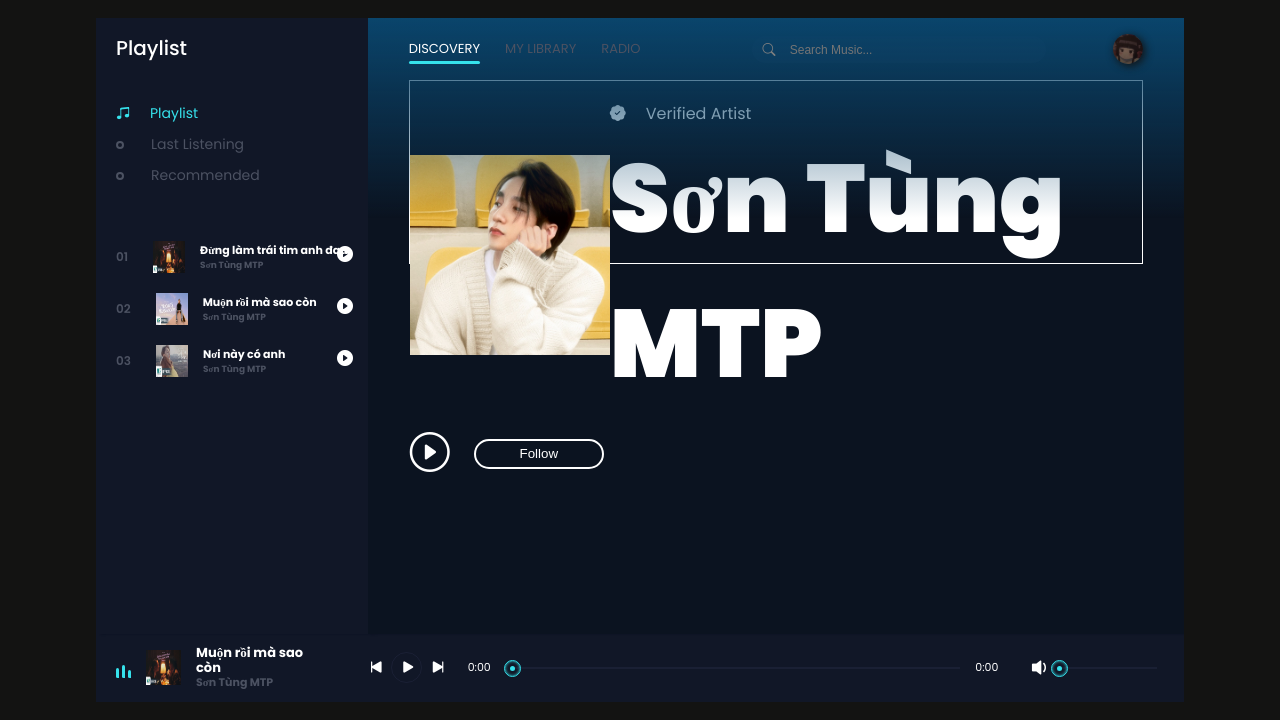
Repository: reminzuetto/Music-Website
Page: index.html
The author's editor kept a copy of each file at every save. The page is drawn from the files as they stood at one save, then again after the next save.
The browser window is 1280 px wide. The pictures show the whole page.

Above is the page before, as saved 2024-06-11 03:44:04.

After the next save:
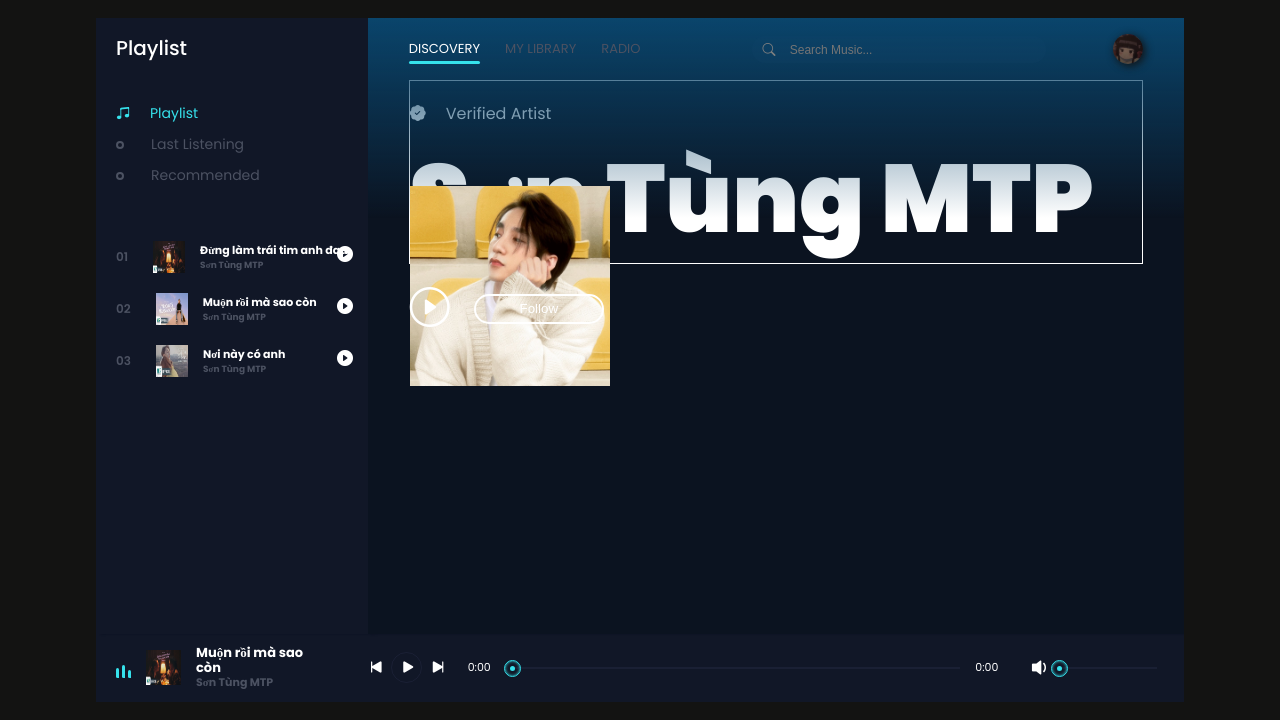
Saved 9 s later.
--- a/style.css
+++ b/style.css
@@ -489,8 +489,7 @@
 }
 
 header .song_side .content .artistInfos .artistPicture img {
-  margin: 0;
-  padding: 0;
+  position: absolute;
   width: 200px;
   height: 200px;
 }

After the save that followed:
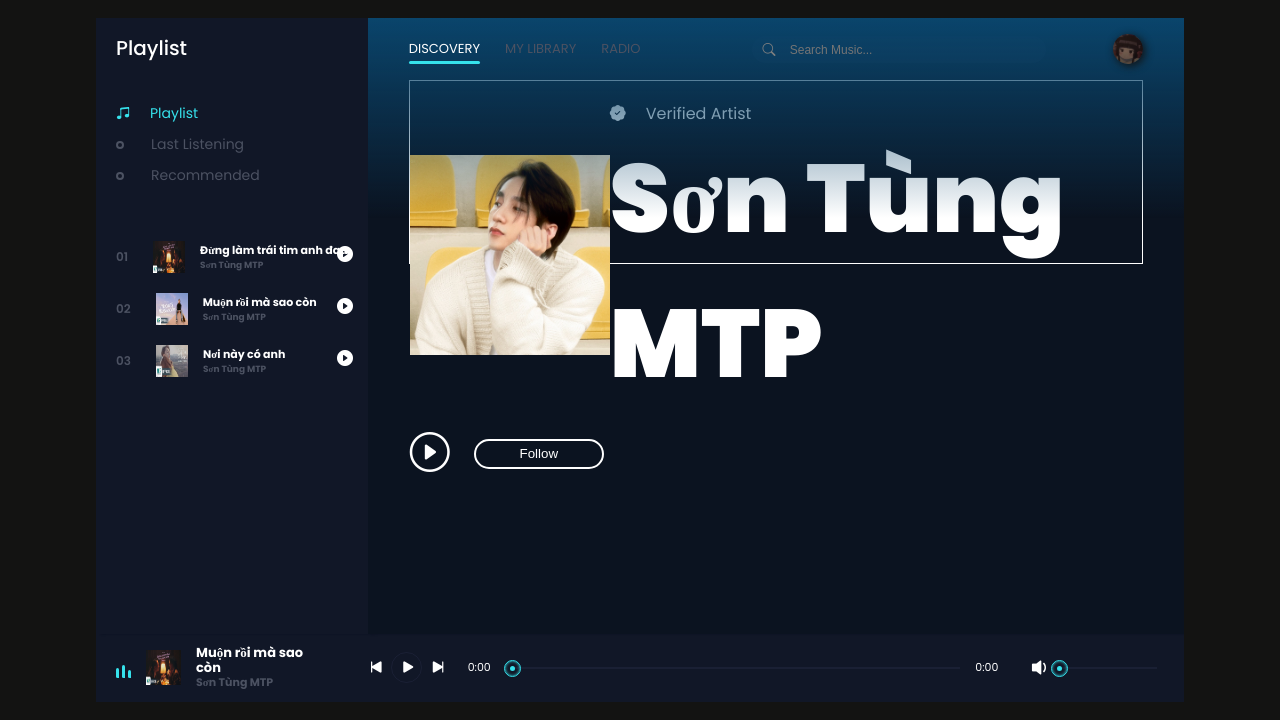
Saved 7 s later.
--- a/style.css
+++ b/style.css
@@ -489,7 +489,6 @@
 }
 
 header .song_side .content .artistInfos .artistPicture img {
-  position: absolute;
   width: 200px;
   height: 200px;
 }
